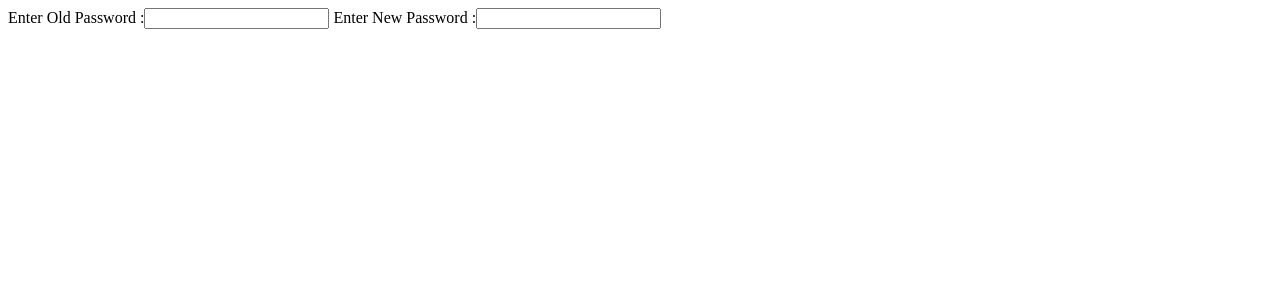
Repository: nihargowda/phase2project
Page: http://localhost/AirAway/updatepassword.jsp
These files come from the project's save history. The page is drawn as it stood at one moment and after the next save; the edit follows.
The browser window is 1280 px wide. The pictures show the whole page.
The page is served by Tomcat 9. Other server files are loaded and not shown.

Above is the page before, as saved 2020-11-19 13:29:53.

### AirAway/src/main/webapp/updatepassword.jsp
<%@ page language="java" contentType="text/html; charset=ISO-8859-1"
    pageEncoding="ISO-8859-1"%>
<!DOCTYPE html>
<html>
<head>
<meta charset="ISO-8859-1">
<title>Insert title here</title>
</head>
<body>
<form action="" method= "post">

Enter Old Password :<input type= "password" name="oldpassword">
Enter New Password :<input type= "password" name= "newpassword">
















</form>
</body>
</html>

After the next save:
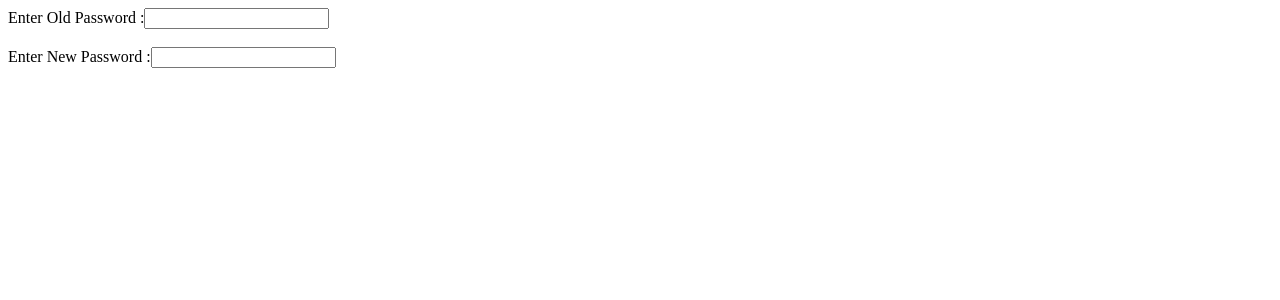
Saved 12 s later.
--- a/AirAway/src/main/webapp/updatepassword.jsp
+++ b/AirAway/src/main/webapp/updatepassword.jsp
@@ -9,7 +9,7 @@
 <body>
 <form action="" method= "post">
 
-Enter Old Password :<input type= "password" name="oldpassword">
+Enter Old Password :<input type= "password" name="oldpassword"><br><br>
 Enter New Password :<input type= "password" name= "newpassword">
 
 
